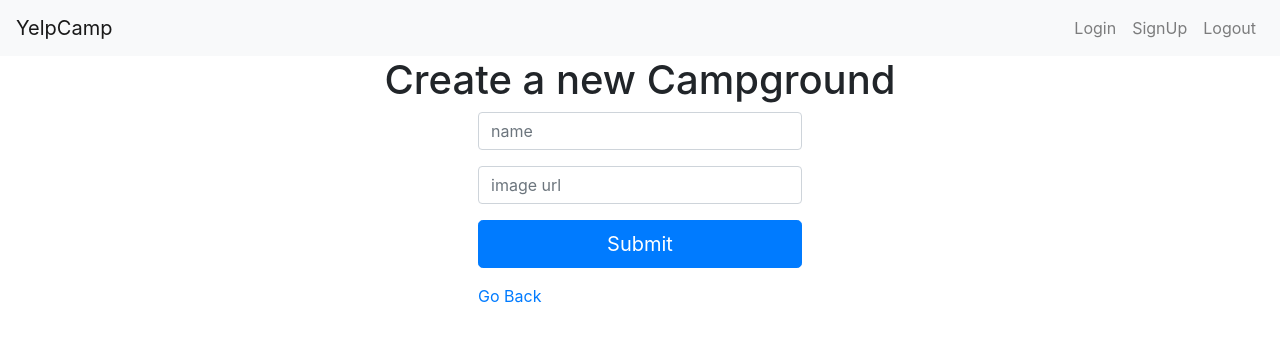
Repository: ninad1999/Yelp-Camp
Page: http://localhost/campgrounds/new
The author's editor kept a record of every edit. The page is drawn from the files as they stood at one moment, then again after the next edit.
The browser window is 1280 px wide. The pictures show the whole page.
The page is served by the project's Node server (V1/app.js).

Above is the page before.

After the next edit:
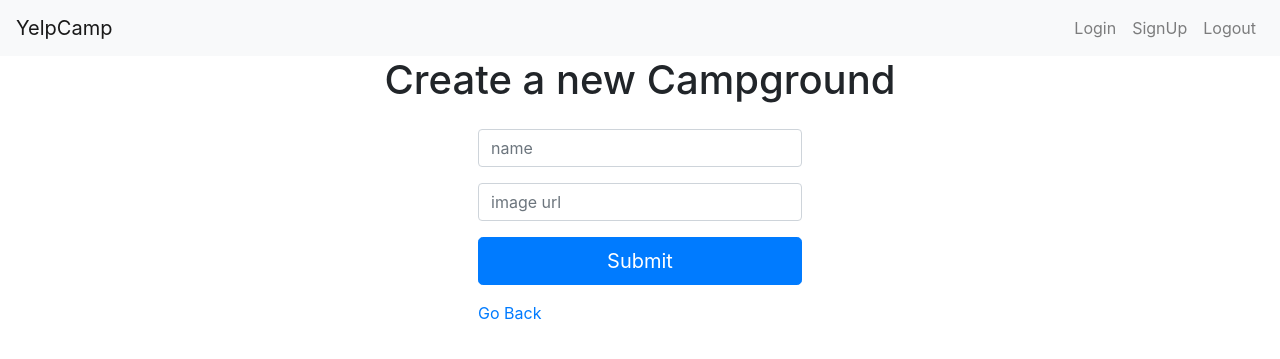
The edit:
--- a/workspace/V1/views/new.ejs
+++ b/workspace/V1/views/new.ejs
@@ -3,7 +3,7 @@
 <div class="container">
     <div class="col-md-12">
         <h1 style="text-align: center;">Create a new Campground</h1>
-        <div style="width: 30%; margin: 0 auto">
+        <div style="width: 30%; margin: 25px auto">
             <form action="/campgrounds" method="POST">
                 <div class="form-group">
                     <input class="form-control" type="text" name="name" placeholder="name">
